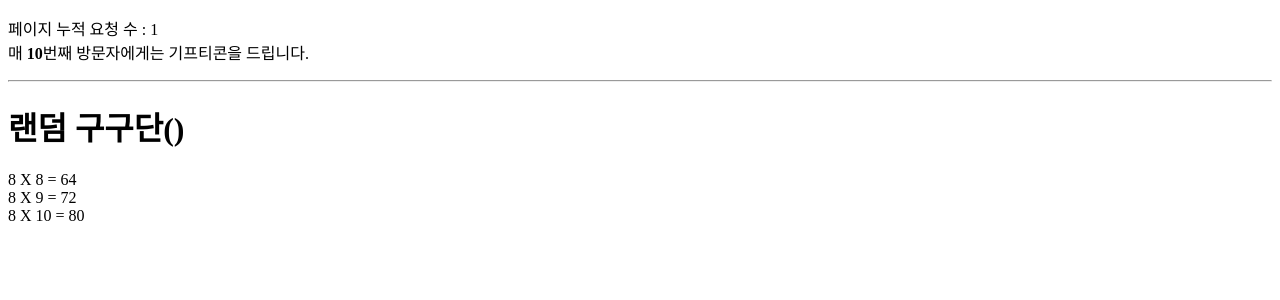
Repository: HeeMang28/jsp
Page: http://localhost/JSPBasic/jsptag/tag_quiz02.jsp
The author's editor kept a copy of each file at every save. The page is drawn from the files as they stood at one save, then again after the next save.
The browser window is 1280 px wide. The pictures show the whole page.
The page is served by Tomcat 9. Other server files are loaded and not shown.

Above is the page before, as saved 2022-03-23 10:18:46.

### JSPBasic/src/main/webapp/jsptag/tag_quiz02.jsp
<%@ page language="java" contentType="text/html; charset=UTF-8"
    pageEncoding="UTF-8"%>
<!DOCTYPE html>
<html>
<head>
<meta charset="UTF-8">
<title>Insert title here</title>
</head>
<body>
<%!
	int total = 0;

	int num = (int)(Math.random() * 10) +1;
%>
<% total++; %>
	<p>
 	페이지 누적 요청 수 : <%= total %><br/>
 	매 <b>10</b>번째 방문자에게는 기프티콘을 드립니다.<br>
 	<%if(total % 10 == 0){ %>
 		당첨되셨습니다!!
 	<% } %>
	</p>
	<hr/>

	<h1>랜덤 구구단()</h1>
	<%	for(int i = num; i <= 10; i++){ %>
		<%= num %> X <%= i %> = <%= num * i %><br>
	<% }%>
</body>
</html>

After the next save:
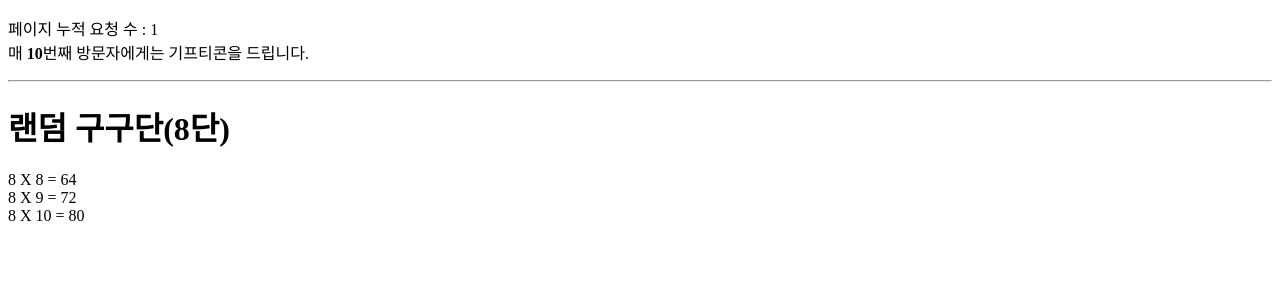
Saved 17 s later.
--- a/JSPBasic/src/main/webapp/jsptag/tag_quiz02.jsp
+++ b/JSPBasic/src/main/webapp/jsptag/tag_quiz02.jsp
@@ -22,7 +22,7 @@
 	</p>
 	<hr/>
 
-	<h1>랜덤 구구단()</h1>
+	<h1>랜덤 구구단(<%= num %>단)</h1>
 	<%	for(int i = num; i <= 10; i++){ %>
 		<%= num %> X <%= i %> = <%= num * i %><br>
 	<% }%>
